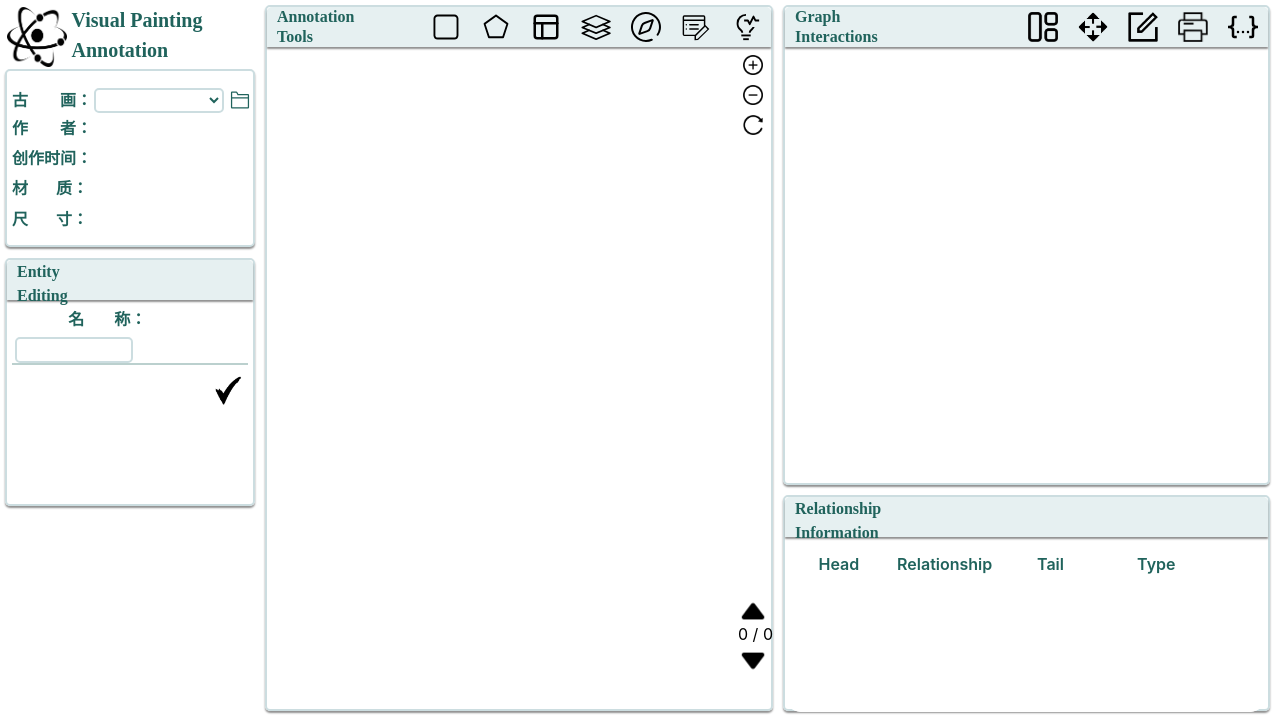
Repository: cailbh/ImageLabelTool
Page: /
The author's editor kept a copy of each file at every save. The page is drawn from the files as they stood at one save, then again after the next save.
The browser window is 1280 px wide. The pictures show the whole page.
The project was rebuilt for these pictures with package versions that can differ from the ones it lists, and the page was loaded fresh each time.

Above is the page before, as saved 2022-11-01 13:54:48.

### src/index.tsx
import React from 'react';
import ReactDOM from 'react-dom/client';
import './index.css';
import UI from './View';

const root = ReactDOM.createRoot(
  document.getElementById('root') as HTMLElement
);
root.render(
  <React.StrictMode>
    <UI />
  </React.StrictMode>
);

### src/index.css
* {
  margin: 0;
  font-family: -apple-system, BlinkMacSystemFont, 'Segoe UI', 'Roboto', 'Oxygen',
    'Ubuntu', 'Cantarell', 'Fira Sans', 'Droid Sans', 'Helvetica Neue',
    sans-serif;
  -webkit-font-smoothing: antialiased;
  -moz-osx-font-smoothing: grayscale;
  padding: 0;
  user-select: none;
}

code {
  font-family: source-code-pro, Menlo, Monaco, Consolas, 'Courier New',
    monospace;
}

html, body, #root {
  width: 100%;
  height: 100%;
  /* background: rgb(237,241,241); */
  background: rgb(255,255,255);
}

#root {
  /* display: flex; */
  /* flex-direction: row; */

}

### src/View/index.tsx
/**
 * 该组件负责图像视图与网络图视图的通信：
 *
 */

import React from "react";
// import ImageView from "./ImageView";
import GraphView from "./GraphView";
import LabelView from "./LabelView";
import { Entity, EntityArray, Relationship, RelationshipArray } from '../lib/interface'
import { EntityArrayContextProvider, useEntityArray, useEntityArrayUpdate } from "../lib/context";
import { RelationshipArrayContextProvider, useRelationshipArray, useRelationshipArrayUpdate } from "../lib/context";
import { InfoContextProvider, useInfo, useInfoUpdate } from "../lib/context";
import { MemoArrayContextProvider, useMemoArray, useMemoArrayUpdate } from "../lib/context";


export default function UI() {
    return (
        <React.StrictMode>
            <InfoContextProvider>
                <RelationshipArrayContextProvider>
                    <EntityArrayContextProvider>
                        <MemoArrayContextProvider>
                            {/* <ImageView></ImageView> */}

                            <LabelView></LabelView>
                            {/* <GraphView></GraphView> */}
                        </MemoArrayContextProvider>
                    </ EntityArrayContextProvider >
                </RelationshipArrayContextProvider>
            </InfoContextProvider>
        </React.StrictMode>
    )
}

### src/View/LabelView.tsx
import React from "react";
import LabelDisplay from "../component/LabelDisplay/index";
import LabelTool from "../component/LabelTool/index";
import ViewCard from "./ViewCard";

export default function LabelView() {
    return (
        // <ViewCard
        //     top={(
        //         <LabelTool></LabelTool>
        //     )}
        //     body={(
        <LabelDisplay></LabelDisplay>
        //     )}
        // />
    )
}

### src/lib/context.tsx
import React, { useContext, useState } from 'react';
import { MemoArray, Relationship, RelationshipArray, EntityArray, Entity, Info } from './interface'
import { arrayBuffer } from 'stream/consumers';


const entityContext = React.createContext<EntityArray>({ array: [] });
const EntityUpdateContext = React.createContext(null);

export const useEntityArray = () => useContext(entityContext);
export const useEntityArrayUpdate = () => useContext(EntityUpdateContext);
export const EntityArrayContextProvider = ({ children }) => {
    const [entityArray, setEntityArray] = useState<Entity[]>([]);
    const updateEntityArray = (entityArray) => {
        setEntityArray([...entityArray])
    }
    return (
        <entityContext.Provider value={{ array: entityArray }}>
            <EntityUpdateContext.Provider value={updateEntityArray}>
                {children}
            </EntityUpdateContext.Provider>
        </entityContext.Provider>
    );
};

const relationshipContext = React.createContext<RelationshipArray>({ array: [] });
const relationshipUpdateContext = React.createContext(null);

export const useRelationshipArray = () => useContext(relationshipContext);
export const useRelationshipArrayUpdate = () => useContext(relationshipUpdateContext);
export const RelationshipArrayContextProvider = ({ children }) => {
    const [RelationshipArray, setRelationshipArray] = useState<Relationship[]>([]);
    const updateRelationshipArray = (RelationshipArray) => {
        setRelationshipArray([...RelationshipArray])
    }
    return (
        <relationshipContext.Provider value={{ array: RelationshipArray }}>
            <relationshipUpdateContext.Provider value={updateRelationshipArray}>
                {children}
            </relationshipUpdateContext.Provider>
        </relationshipContext.Provider>
    );
};


const memoContext = React.createContext<MemoArray>({ entArray: [], relArray: [] });
const memoUpdateContext = React.createContext(null);

export const useMemoArray = () => useContext(memoContext);
export const useMemoArrayUpdate = () => useContext(memoUpdateContext);
export const MemoArrayContextProvider = ({ children }) => {
    const [entArray, setEntArray] = useState<Entity[]>([]);
    const [relArray, setRelArray] = useState<Relationship[]>([]);
    const updateMemoArray = (entArray, relArray) => {
        setEntArray([...entArray])
        setRelArray([...relArray])
    }
    return (
        <memoContext.Provider value={{ entArray: entArray, relArray: relArray }}>
            <memoUpdateContext.Provider value={updateMemoArray}>
                {children}
            </memoUpdateContext.Provider>
        </memoContext.Provider>
    );
};

const infoContext = React.createContext<Info>(null);
const InfoUpdateContext = React.createContext(null);

export const useInfo = () => useContext(infoContext);
export const useInfoUpdate = () => useContext(InfoUpdateContext);
export const InfoContextProvider = ({ children }) => {
    const [info, setInfo] = useState<Info>();
    const updateInfo = (infoArray) => {
        setInfo(infoArray)
    }
    return (
        <infoContext.Provider value={info}>
            <InfoUpdateContext.Provider value={updateInfo}>
                {children}
            </InfoUpdateContext.Provider>
        </infoContext.Provider>
    );
};

### src/lib/webAnnotate.tsx
export default class LabelImage {
	entityCo: any;
	cWidth: number;
	cHeight: number;
	// 缩略图宽度
	sWidth: number;
	// 缩略图高度
	sHeight: number;
	// 图片宽度
	iWidth: number;
	// 图片高度
	iHeight: number;
	// 图片拖拽至边缘最小显示
	appearSize: number;
	// 缩放布进
	scaleStep: number;
	// 最小缩放比例
	minScale: number;
	// 最大缩放比例
	maxScale: number;
	// 图片在画板中的横坐标
	x: number;
	// 图片在画板中的纵坐标
	y: number;
	// 鼠标当前画板中的横坐标
	mouseX: number;
	// 鼠标当前画板中的纵坐标
	mouseY: number;
	// 拖动过程中，鼠标前一次移动的横坐标
	prevX: number;
	// 拖动过程中，鼠标前一次移动的纵坐标
	prevY: number;
	// 创建新标签输入名字
	inputs: string;
	// 鼠标移动过程中坐标
	moveP: any;
	// 拖动时，曲线圆点类型
	curveCircleType: string;
	// 拖动时，曲线下标
	curveIndex: number;
	// 缩放比例
	scale: number;
	// 鼠标在图片中的横坐标
	ix: number;
	// 鼠标在图片中的纵坐标
	iy: number;
	// 矩形框起点横坐标
	rectX: number;
	// 矩形框起点纵坐标
	rectY: number;
	// 曲线终点点横坐标
	endX: number;
	// 曲线终点纵坐标
	endY: number;
	// 关系起点id
	sourceIndex: string;
	// 关系终点id
	targetIndex: number;
	// 绘制多边形的圆点半径
	radius: number;

	// 绘制线段宽度
	lineWidth: number;

	//绘制区域模块透明度
	opacity: number;

	// 定时器
	timer: any;

	// 结果是否被修改
	isModify: boolean;

	// 是否全屏
	isFullScreen: boolean;

	// 是否移动图像标注圆点
	isDragCircle: boolean;

	// 当前点击圆点index
	snapCircleIndex: number;

	// 用于在拖拽或者缩放时，让绘制至存储面板的数据，只绘制一次
	drawFlag: boolean;

	// 监听滚动条缩放是否结束的定时器
	mousewheelTimer: any;

	// 历史记录下标
	historyIndex: number;
	Arrays: any;
	Nodes: any;
	Features: any;
	constructor(options) {
		// 画布宽度
		this.cWidth = 0;
		// 画布高度
		this.cHeight = 0;
		// 缩略图宽度
		this.sWidth = 0;
		// 缩略图高度
		this.sHeight = 0;
		// 图片宽度
		this.iWidth = 0;
		// 图片高度
		this.iHeight = 0;
		// 图片拖拽至边缘最小显示
		this.appearSize = 180;
		// 缩放布进
		this.scaleStep = 0.02;
		// 最小缩放比例
		this.minScale = 0.02;
		// 最大缩放比例
		this.maxScale = 8;
		// 图片在画板中的横坐标
		this.x = 0;
		// 图片在画板中的纵坐标
		this.y = 0;
		// 鼠标当前画板中的横坐标
		this.mouseX = 0;
		// 鼠标当前画板中的纵坐标
		this.mouseY = 0;
		// 拖动过程中，鼠标前一次移动的横坐标
		this.prevX = 0;
		// 拖动过程中，鼠标前一次移动的纵坐标
		this.prevY = 0;
		// 创建新标签输入名字
		this.inputs = "";
		// 拖动时，曲线圆点类型
		this.curveCircleType = '';
		// 拖动时，曲线下标
		this.curveIndex = -1;
		// 缩放比例
		this.scale = 0;
		// 鼠标在图片中的横坐标
		this.ix = 0;
		// 鼠标在图片中的纵坐标
		this.iy = 0;
		// 矩形框起点横坐标
		this.rectX = 0;
		// 矩形框起点纵坐标
		this.rectY = 0;
		// 曲线终点点横坐标
		this.endX = 0;
		// 曲线终点纵坐标
		this.endY = 0;

		this.moveP = [];

		// 关系起点下标
		this.sourceIndex = "0";
		this.targetIndex = -1;
		// 绘制多边形的圆点半径
		this.radius = 6;

		// 绘制线段宽度
		this.lineWidth = 1;

		//绘制区域模块透明度
		this.opacity = 0.45;

		// 定时器
		this.timer = null;

		// 结果是否被修改
		this.isModify = false;

		// 是否全屏
		this.isFullScreen = false;

		// 是否移动图像标注圆点
		this.isDragCircle = false;

		// 当前点击圆点index
		this.snapCircleIndex = 0;

		// 用于在拖拽或者缩放时，让绘制至存储面板的数据，只绘制一次
		this.drawFlag = true;

		// 监听滚动条缩放是否结束的定时器
		this.mousewheelTimer = null;

		// 历史记录下标
		this.historyIndex = 0;

		this.Arrays = {

			// 标定历史保存标签记录
			history: [],

			// 图片标注展示数据集
			imageAnnotateShower: [],

			// 图片标注存储数据集
			imageAnnotateMemory: [],

			// 关系标注展示数据集
			relationshipAnnotateShower: [],

			// 关系标注存储数据集
			relationshipAnnotateMemory: [],

			// 标注集操作 result list index
			resultIndex: 0,
			// 关系集操作 result list index
			relationshipIndex: 0,

		};
		this.Nodes = {
			// 图片节点
			image: null,
			// 画布节点
			canvas: null,
			// 缩略图节点
			scaleCanvas: null,
			// 缩放比例面板
			scalePanel: null,
			// 画布上下文
			ctx: null,
			// 缩略图画板上下文
			sCtx: null,
			// 缩略图方框
			scaleRect: null,
			// 存储图像数据的画布
			bCanvas: null,
			// 存储图像数据的上下文
			bCtx: null,
			// 绘图部分主外层函数
			canvasMain: null,
			// 标记结果数据集
			resultGroup: null,
			// 十字线开关按钮
			crossLine: null,
			// 标注结果开关按钮
			labelShower: null,
			// 屏幕快照按钮
			screenShot: null,
			// 全屏按钮
			screenFull: null,
			// 颜色选取器节点数据
			colorHex: null,
			// // 清空标注内容
			// clearScreen: options.clearScreen,
			// // 撤销，返回上一步
			// returnUp: options.returnUp,
			// 标签管理
			toolTagsManager: null,
			// 历史记录列表
			historyGroup: null
		};
		this.Features = {
			//
			N:true,
			// 拖动开关
			dragOn: true,
			// 矩形标注开关
			rectOn: false,
			// 多边形标注开关
			polygonOn: false,
			// 切换布局
			layoutOn: false,
			// 层级标注开关
			dropTOn: false,
			// 组合层级
			CombinOn: false,
			// 标签管理工具
			tagsOn: false,
			// 关系标注开关
			relationshipOn: false,
			// 实体线性趋势标注开关
			trendOn: false,
			// 十字线开关
			crossOn: false,
			// 标注结果显示
			labelOn: true,

		};
	}

}

### src/lib/tasks.tsx
export default class Task {
    id: string;
    name: string;
    size: string;
    texture: string;
    time: string;
    author: string;
    constructor(options) {
        this.id = "";
        this.name = "";
        this.size = "";
        this.texture = "";
        this.time = "";
        this.author = ""
    }
}

### src/lib/interface.tsx
export class EntityArray {
    array: Array<Entity>;
}
export class RelationshipArray {
    array: Array<Relationship>;
}
export class MemoArray {
    relArray: Array<Relationship>;
    entArray: Array<Entity>;
}
export class Entity {
    name: string;
    id: string;
    type: string;
    x: number;
    y: number;
    //图片绘制起始位置
    ix: number;
    iy: number;
    //标注绘制起始位置
    lx: number;
    ly: number;
    // 图片宽度
    iWidth: number;
    // 图片高度
    iHeight: number;
    //图片缩放
    iScale: number;
    visAble: boolean;
    labels: any;
    content: any;
    contentType: string;
    labelLocation: any;
    rgb: string;
    visibility: boolean;
    trend: any;
    trendIndex: number;
    centerPoint: any;
    rectMask: any;
    color: string;
    describe: string;
    attribute: any;
    active: boolean;
    children: any;
    constructor(myName: string) { //定义带参数的构造函数
        this.name = myName;
    }
}


export class Relationship {
    name: string;
    id: string;
    type: string;
    targetId: string;
    sourceId: string;
    color: string;
    weight: number;
    visAble: boolean
    // constructor(myName: string) { //定义带参数的构造函数
    //     this.name = myName;
    // }
}

export class Info {
    changeState: number;
}

export default class LabelState {
    //任务名称
    taskName: string;
    //文件列表
    imgFiles: any;
    //图片总数
    imgSum: number;
    //选择图片下标
    imgIndex: number;
    cWidth: number;
    cHeight: number;
    // 缩略图宽度
    sWidth: number;
    // 缩略图高度
    sHeight: number;
    // 图片宽度
    iWidth: number;
    // 图片高度
    iHeight: number;
    // 图片拖拽至边缘最小显示
    appearSize: number;
    // 缩放布进
    scaleStep: number;
    // 最小缩放比例
    minScale: number;
    // 最大缩放比例
    maxScale: number;
    // 图片在画板中的横坐标
    x: number;
    // 图片在画板中的纵坐标
    y: number;
    // 鼠标当前画板中的横坐标
    mouseX: number;
    // 鼠标当前画板中的纵坐标
    mouseY: number;
    // 拖动过程中，鼠标前一次移动的横坐标
    prevX: number;
    // 拖动过程中，鼠标前一次移动的纵坐标
    prevY: number;
    // 缩放比例
    scale: number;
    // 鼠标在图片中的横坐标
    ix: number;
    // 鼠标在图片中的纵坐标
    iy: number;
    // 矩形框起点横坐标
    rectX: number;
    // 矩形框起点纵坐标
    rectY: number;
    // 绘制多边形的圆点半径
    radius: number;

    // 绘制线段宽度
    lineWidth: number;

    //绘制区域模块透明度
    opacity: number;

    // 定时器
    timer: any;

    // 结果是否被修改
    isModify: boolean;

    // 是否全屏
    isFullScreen: boolean;

    // 是否移动图像标注圆点
    isDragCircle: boolean;

    // 当前点击圆点index
    snapCircleIndex: number;

    // 用于在拖拽或者缩放时，让绘制至存储面板的数据，只绘制一次
    drawFlag: boolean;

    // 监听滚动条缩放是否结束的定时器
    mousewheelTimer: null;

    // 历史记录下标
    historyIndex: number;
    Arrays: any;
    Nodes: any;
    Features: any;

}

### src/axios/index.ts
import entityRecognize from './api/entityRecognize';

export * from './api/entityRecognize'; // 目标识别
// export * from './api/img'; // 图片
export default {
    entityRecognize
}

### src/component/AttributeInput/index.css
.nameInput{
    margin: 5px;
    height: 60px;
    border-bottom: 2px rgba(32,99,92,0.3) solid;
}
.contain{
    height: 100%;
}
.attrHead{
    background-color: rgba(230,240,241,1);
    /* margin: 5px; */
    color:rgba(32,99,92,1);
    height: 40px;
    font-size:25px;
    line-height:30px;
    font-weight: 600;
    font-size: 18px;
    line-height: 1.35;
    font-variant: tabular-nums;
    line-height: 1.5715;
    font-feature-settings: "tnum";
    font-family: SourceHanSerifCN-Heavy, SourceHanSerifCN;
    border-top-left-radius: 5px;
    border-top-right-radius: 5px;

    filter:progid:DXImageTransform.Microsoft.Shadow(color=#909090,direction=120,strength=4);
    -moz-box-shadow: 0px 2px 10px #909090;
    -webkit-box-shadow: 0px 2px 10px #909090;
    box-shadow:0px 2px 2px #909090

}
.headName{
    float: left;
    margin-left: 10px;
    width: 20%;
    font-size:15px;
    line-height:90px;
    color:rgba(32,99,92,1);
    font-size:16px;
    line-height:30px;
    font-weight: 600;
    font-variant: tabular-nums;
    line-height: 150%;
    font-feature-settings: "tnum";
    font-family: SourceHanSerifCN-Heavy, SourceHanSerifCN;
    border-top-left-radius: 5px;
    border-top-right-radius: 5px;
    float: left;
}
.headValue{
    float: left;
    width: calc(50% - 40px);
    margin: 20px;
    font-size:15px;
    line-height:30px;
    font-family:"Microsoft YaHei",Tahoma,Verdana,SimSun;
    font-style:normal;
    font-variant:normal;
    font-size-adjust:none;
    font-stretch:normal;
    font-weight:normal;
    border-radius: 5px;
}
.attrInput{
    /* margin: 5px; */
    height: 40px;
    /* display: flex; */
    justify-content: center;
    align-items: center;
}
.attrInputDiv{
    margin: 5px;
    height: calc(100% - 160px);
    overflow: scroll;
    scrollbar-width: none;
}
.attrKey{
    margin: 2px;
    height: calc(50% - 4px);
    width: 30%;
    float: left;
    text-align: center;
    color: rgb(32,99,92);
    font-weight: 600;
    font-size: 16px;
    line-height: 1.35;
    font-variant: tabular-nums;
    line-height: 1.5715;
    font-feature-settings: "tnum";
    font-family: SourceHanSerifCN-Heavy, SourceHanSerifCN;

    border-radius: 5px;
    /* cursor: none; */
}
.attrDel{
    margin: 2px 5px;
    width: 20px;
    height: 20px;
    cursor: pointer;
    /* background-color: #000; */
    float: left;
}
.addAttr{
    width: 30px;
    height: 30px;
    cursor: pointer;
    display: flex;
    justify-content: center;
    align-items: center;
}

.addAttrBut{
    height: 100%;
}
.delAttrBut{
    height: 100%;
}
.attrValue{
    margin: 2px;
    height: calc(50% - 4px);
    width: 50%;
    float: left;
}

.valueInput{
    width: 100%;
    border-radius: 10px;
    margin: 1px;
    /* margin-left: 15px; */
    color: rgb(32,99,92);


    background: rgba(210,225,230,0);
    outline: none;
    border: #000;
    border: 2px solid rgb(204,221,224);
    border-radius: 5px;


    font-weight: 400;
    font-size: 14px;
    line-height: 1.35;
    font-variant: tabular-nums;
    line-height: 1.5715;
    font-feature-settings: "tnum";
    font-family: SourceHanSerifCN-Heavy, SourceHanSerifCN;
}
.keyInput{
    width: 100%;
    border-radius: 10px;
    margin: 1px;

    background: rgba(210,225,230,0);
    outline: none;
    border: #000;
    border: 2px solid rgb(204,221,224);
    border-radius: 5px;


    color: rgb(32,99,92);
    font-weight: 400;
    font-size: 14px;
    line-height: 1.35;
    font-variant: tabular-nums;
    line-height: 1.5715;
    font-feature-settings: "tnum";
    font-family: SourceHanSerifCN-Heavy, SourceHanSerifCN;
}

### src/component/GraphRelationship/index.css
.smallInput  {
    width: 90%;
    border-radius: 10px;
    border: 1.5px #ccc solid;
    /* margin: 5px; */
    margin-left: 15px;
    color: rgb(32,99,92);
    font-weight: 600;
    font-size: 16px;
    line-height: 1.35;
    font-variant: tabular-nums;
    line-height: 1.5715;
    font-feature-settings: "tnum";
    font-family: SourceHanSerifCN-Heavy, SourceHanSerifCN;
}
.relRow{
    width: 20% !important;
    margin: 5px;
    padding: 0px !important;
}
.relBut{
    margin: 5px;
    padding: 0px !important;
}
.relationship-table-head-co{
    width: 20%;
    height: calc(100% - 10px);
    float: left;
    margin: 5px;
    text-align: center;
}
.confirmButton{
    width: 20px;
    height: 20px;
    /* margin: 5px; */
    border-radius: 15px;
    float: left;
    border: 0px;
    background-color: rgb(32,99,92);
    color: #fff;
    text-align: center;
    font-weight: 600;
    font-size: 12px;
    font-variant: tabular-nums;
    line-height: 1.5715;
    font-feature-settings: "tnum";
    font-family: SourceHanSerifCN-Heavy, SourceHanSerifCN;
}
.deleteButton{
    width: 20px;
    height: 20px;
    /* margin: 5px; */
    border-radius: 15px;
    float: left;
    border: 0px;
    background-color: rgb(32,99,92);
    color: #fff;
    text-align: center;
    font-weight: 600;
    font-size: 12px;
    font-variant: tabular-nums;
    line-height: 1.5715;
    font-feature-settings: "tnum";
    font-family: SourceHanSerifCN-Heavy, SourceHanSerifCN;
}
#bigInput {
    color:#333;
    height: 60px;
    line-height:normal;
    font-family:"Microsoft YaHei",Tahoma,Verdana,SimSun;
    font-style:normal;
    font-variant:normal;
    font-size-adjust:none;
    font-stretch:normal;
    font-weight:normal;
    margin-top:0px;
    margin-bottom:0px;
    margin-left:0px;
    padding-top:4px;
    padding-right:4px;
    padding-bottom:4px;
    padding-left:4px;
    font-size:15px;
    outline-width:medium;
    outline-style:none;
    outline-color:invert;
    border-top-left-radius:3px;
    border-top-right-radius:3px;
    border-bottom-left-radius:3px;
    border-bottom-right-radius:3px;
    text-shadow:0px 1px 2px #fff;
    background-attachment:scroll;
    background-repeat:repeat-x;
    background-position-x:left;
    background-position-y:top;
    background-size:auto;
    background-origin:padding-box;
    background-clip:border-box;
    background-color:rgb(255,255,255);
    margin-right:8px;
    border-top-color:#ccc;
    border-right-color:#ccc;
    border-bottom-color:#ccc;
    border-left-color:#ccc;
    border-top-width:1px;
    border-right-width:1px;
    border-bottom-width:1px;
    border-left-width:1px;
    border-top-style:solid;
    border-right-style:solid;
    border-bottom-style:solid;
    border-left-style:solid;
}
.relationship-table-head{
    height: 40px;
    color: rgb(32,99,92);
    /* background: rgb(210,225,230); */
    font-weight: 600;
    text-align: center;
    font-size: 16px;
    line-height: 1.35;
    font-variant: tabular-nums;
    line-height: 1.5715;
    font-feature-settings: "tnum";
    font-family: SourceHanSerifCN-Heavy, SourceHanSerifCN;
    /* border-top-left-radius: 15px;
    border-top-right-radius: 15px; */
}
.relationship-table-body{
    height: calc(100% - 40px);
    overflow:scroll;
    scrollbar-width: none;
}

### src/axios/api/entityRecognize/index.ts
import { get, put, post, del } from '../../http';
import axios from 'axios'
import{base} from '../config'
import {message} from 'antd'
import cookie from 'react-cookies'
export const getImg = (data: any) => get({ url: '/recognize/', data }); //
export const postImg = (data: any) => post({ url: '/recognize/', data }); //
export const updateImg = (data: any) => put({ url: '/recognize/', data });

export default{
    //测试
    async testApi(params){
        return await axios.get(`${base}/hi`,params) .then((res)=>{
            return res.data;
        }).catch((error)=>{
            message.error("服务器出错")
        })
    },
    //目标检测
    async entityRecognizeApi(params){
        return await axios.post(`${base}/predict_bbx`,params).then((res)=>{
            return res.data;
        }).catch((error)=>{
            message.error("服务器出错")
        })
    },

}

### src/axios/config.ts
export const rootURL = ''

export const ServerCode = {
    SUCCESS: 0,
    CONTINUE: 400,
    WRONG_PARAM: 401,
    WRONG_REQUEST: 402,
    FORBIDDEN: 403,
    WRONG_URL: 404,
    NO_LOGIN: 406,
    TIME_OUT: 408,
    WRONG_REQUEST_MODAL: 410,
    AUTO_SAVE_ERROR_CODE: 411, // 自动暂存code
    PROCESS_ERROR: 412, // 任务进度错误
    WRONG_SERVER: 500,
    WRONG_REALIZE: 501,
    WRONG_GATEWAY: 502,
    BAD_SERVER: 503,
    GATEWAY_TIME_OUT: 504,
    WRONG_VERSION: 505
};

export const SubCode = {
    OPERATION_FAILED: 410001,
    TASK_HAS_EXPIRED_OR_SUBMITTED: 400001
};

export const ServerCodeMap = {
    [ServerCode.SUCCESS]: '成功',
    [ServerCode.CONTINUE]: '继续', // 传递指定“继续参数”即可成功
    [ServerCode.WRONG_PARAM]: '参数格式出错',
    [ServerCode.WRONG_REQUEST]: '请求出错',
    [ServerCode.FORBIDDEN]: '拒绝访问',
    [ServerCode.WRONG_URL]: '请求地址出错',
    [ServerCode.NO_LOGIN]: '未登录',
    [ServerCode.TIME_OUT]: '请求超时',
    [ServerCode.WRONG_SERVER]: '服务器内部错误',
    [ServerCode.WRONG_REALIZE]: '服务未实现',
    [ServerCode.WRONG_GATEWAY]: '网关错误',
    [ServerCode.BAD_SERVER]: '服务不可用',
    [ServerCode.GATEWAY_TIME_OUT]: '网关超时',
    [ServerCode.WRONG_VERSION]: 'HTTP版本不受支持'
};

export const RedirectMap = {
    [ServerCode.FORBIDDEN]: '/403'
};

Loaded but not shown: public/index.html (common file); src/lib/uuid.js (8 lines, source omitted); src/axios/api/config.js (3 lines, source omitted); src/component/LabelDisplay/index.tsx (4026 lines, source omitted); src/component/LabelDisplay/index.css (1893 lines, source omitted); src/component/LabelDisplay/graph.css (460 lines, source omitted); src/component/GraphRelationship/index.tsx (223 lines, source omitted); src/component/AttributeInput/index.tsx (170 lines, source omitted); src/axios/http.ts (147 lines, source omitted)

After the next save:
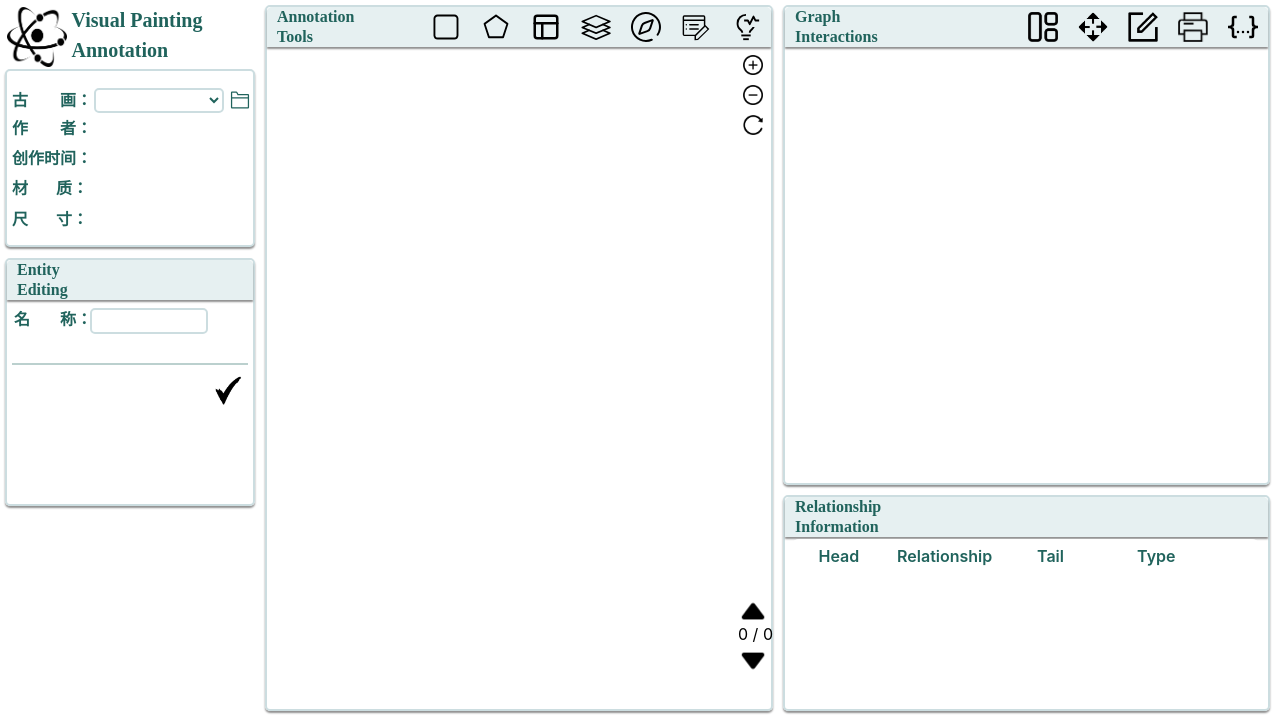
Saved 10 s later.
--- a/src/component/AttributeInput/index.css
+++ b/src/component/AttributeInput/index.css
@@ -40,7 +40,7 @@
     line-height:30px;
     font-weight: 600;
     font-variant: tabular-nums;
-    line-height: 150%;
+    line-height: 125%;
     font-feature-settings: "tnum";
     font-family: SourceHanSerifCN-Heavy, SourceHanSerifCN;
     border-top-left-radius: 5px;
